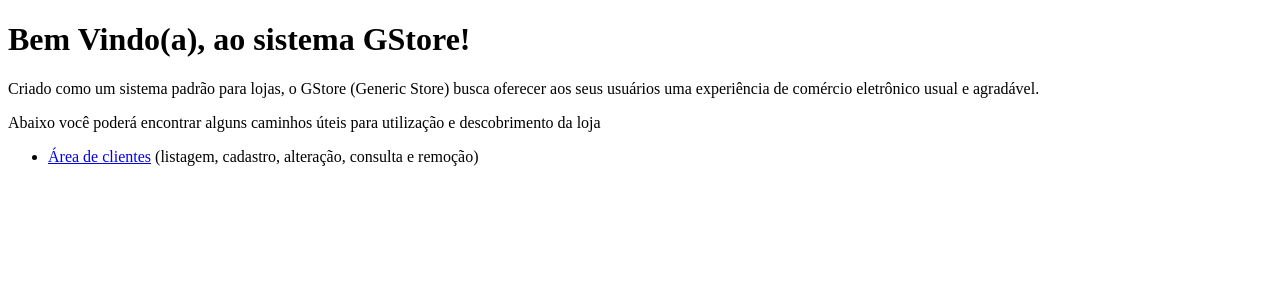
Repository: ElizeusRamos/gstore
Page: GStoreWorkspace/GStoreWeb/WebContent/index.html
An editor plug-in stored every save of this project. The page is shown before and after the next save, followed by the edit.
The browser window is 1280 px wide. The pictures show the whole page.

Above is the page before, as saved 2022-05-29 13:31:53.

### GStoreWorkspace/GStoreWeb/WebContent/index.html
<!DOCTYPE html>
<html>
	<head>
		<meta charset="ISO-8859-1">
		<title>Página Default</title>
	</head>
	<body>
		<h1>Bem Vindo(a), ao sistema GStore!</h1>
		<p>
			Criado como um sistema padrão para lojas, o GStore (Generic Store) busca oferecer aos seus usuários
			uma experiência de comércio eletrônico usual e agradável.
		</p>
		<p>
			Abaixo você poderá encontrar alguns caminhos úteis para utilização e descobrimento da loja
		</p>
		<p>
			<ul>
				<li><a href="#">Área de clientes</a> (listagem, cadastro, alteração, consulta e remoção)</li>
			</ul>
		</p>
	</body>
</html>

After the next save:
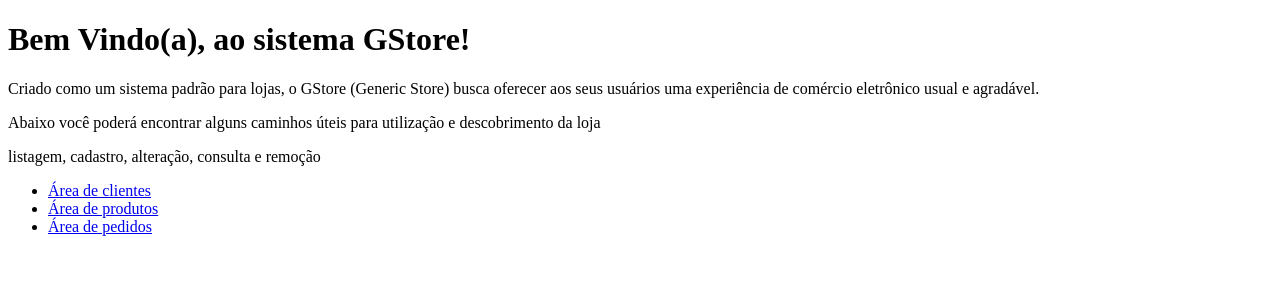
Saved 53 s later.
--- a/GStoreWorkspace/GStoreWeb/WebContent/index.html
+++ b/GStoreWorkspace/GStoreWeb/WebContent/index.html
@@ -14,8 +14,11 @@
 			Abaixo você poderá encontrar alguns caminhos úteis para utilização e descobrimento da loja
 		</p>
 		<p>
+		listagem, cadastro, alteração, consulta e remoção
 			<ul>
-				<li><a href="#">Área de clientes</a> (listagem, cadastro, alteração, consulta e remoção)</li>
+				<li><a href="#">Área de clientes</a></li>
+				<li><a href="#">Área de produtos</a></li>
+				<li><a href="#">Área de pedidos</a></li>
 			</ul>
 		</p>
 	</body>
